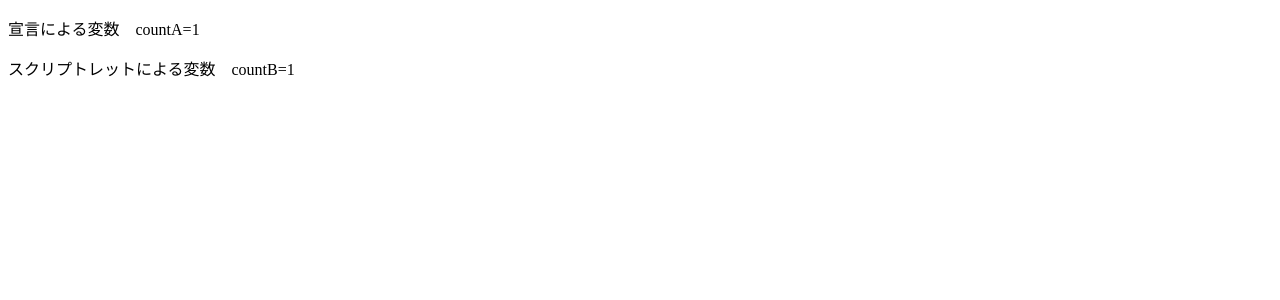
Repository: MasayaOuchi/test
Page: http://localhost/HelloJSP1/
The author's editor kept a copy of each file at every save. The page is drawn from the files as they stood at one save, then again after the next save.
The browser window is 1280 px wide. The pictures show the whole page.
The page is served by Tomcat 9.

Above is the page before, as saved 2018-10-01 02:04:44.

After the next save:
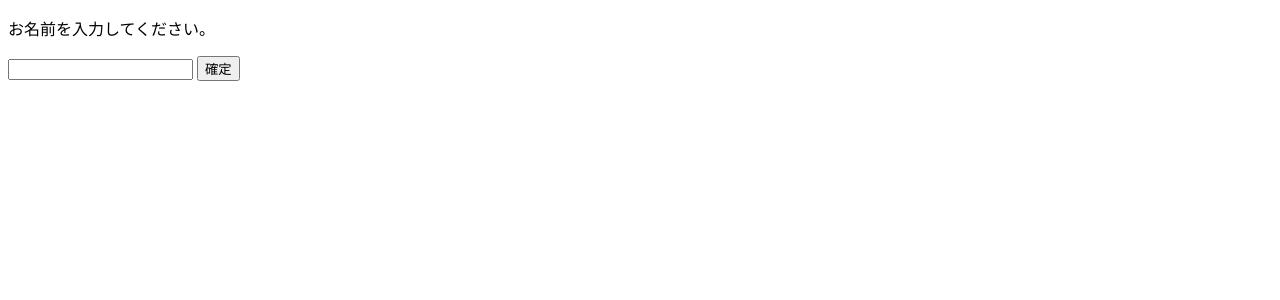
Saved 3 min 11 s later.
--- a/HelloJSP1/WebContent/index.jsp
+++ b/HelloJSP1/WebContent/index.jsp
@@ -9,15 +9,10 @@
 </head>
 <body>
 
-<%!
-static int countA=0; %>
-<%
-	int countB=0;
-	countA++;
-	countB++;
-%>
-
-<p>宣言による変数　countA=<%=countA %></p>
-<p>スクリプトレットによる変数　countB=<%=countB %></p>
+<p>お名前を入力してください。</p>
+<form method="post" action="greeting-out.jsp">
+<input type="text" name="user">
+<input type="submit" value="確定">
+</form>
 </body>
 </html>
